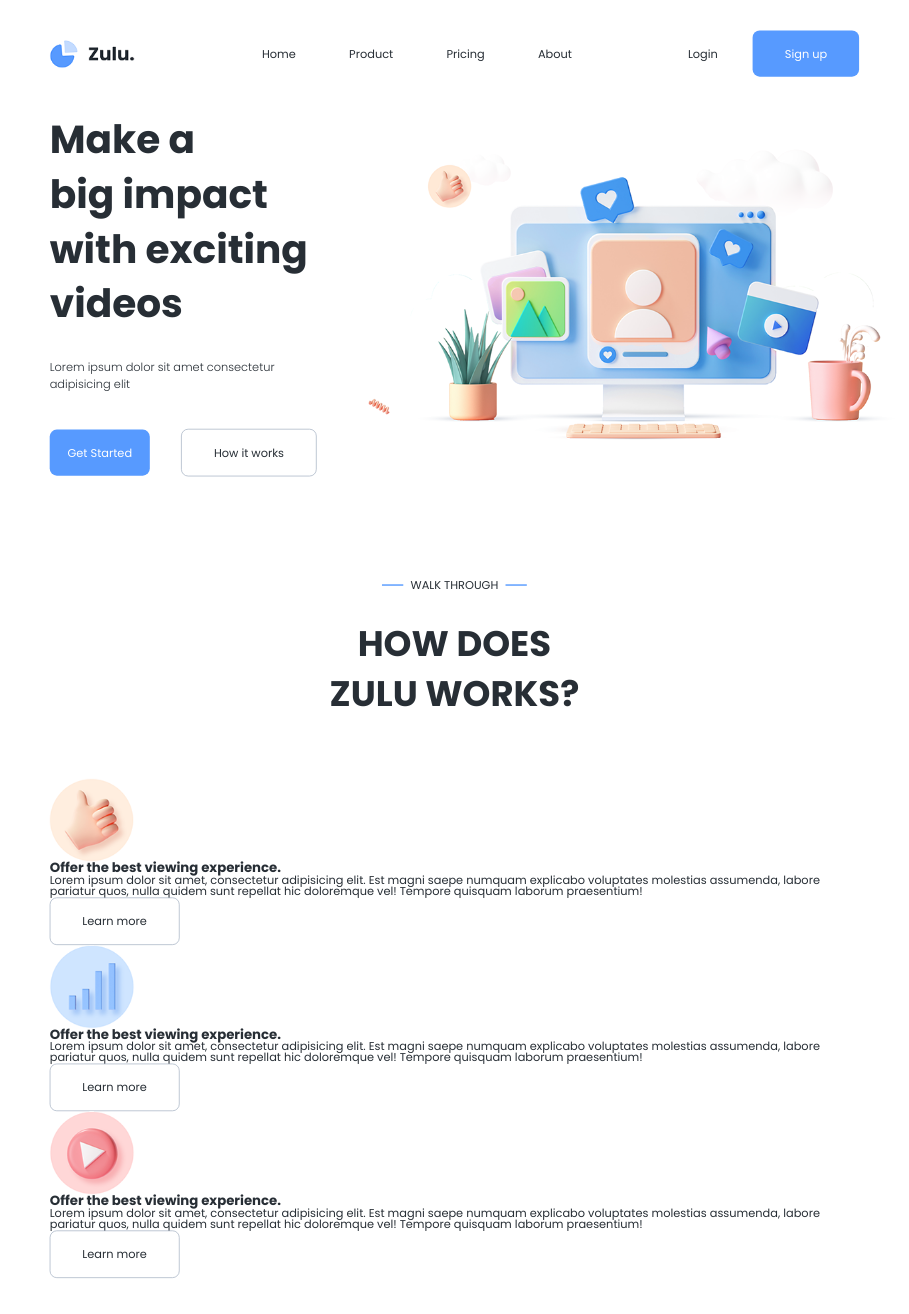
Repository: baodien1405/zulu-landing-page
Page: index.html
These files come from the project's save history. The page is drawn as it stood at one moment and after the next save; the edit follows.
The browser window is 1280 px wide. The pictures show the whole page, at 71% of full size.
The style sheet was rebuilt from its Sass, Less or Tailwind sources for each picture, by a compiler version that may differ from the author's.

Above is the page before, as saved 2021-06-22 16:43:57.

### index.html
<!DOCTYPE html>
<html lang="en">
<head>
  <meta charset="UTF-8">
  <meta http-equiv="X-UA-Compatible" content="IE=edge">
  <meta name="viewport" content="width=device-width, initial-scale=1.0">
  <link rel="preconnect" href="https://fonts.gstatic.com">
  <link href="https://fonts.googleapis.com/css2?family=Poppins:wght@300;400;600;700&display=swap" rel="stylesheet">
  <link rel="stylesheet" href="./styles.css">
  <title>Zulu</title>
</head>
<body>
  <div class="wrapper">
    <div class="container">
      <!-- Header -->
      <header class="header">
        <a href="index.html" class="header-logo">
          <img src="/images/logo.png" alt="" class="header-logo-image">
        </a>
        <ul class="header-menu">
          <li class="header-menu-item">
            <a href="#" class="header-menu-link">Home</a>
          </li>
          <li class="header-menu-item">
            <a href="#" class="header-menu-link">Product</a>
          </li>
          <li class="header-menu-item">
            <a href="#" class="header-menu-link">Pricing</a>
          </li>
          <li class="header-menu-item">
            <a href="#" class="header-menu-link">About</a>
          </li>
        </ul>
        <div class="header-auth">
          <a href="#" class="button">Login</a>
          <a href="#" class="button button--primary">Sign up</a>
        </div>
      </header>

      <!-- Banner -->
      <section class="banner">
        <div class="banner-info">
          <h1 class="banner-heading">
            <span>Make a</span> <span>big impact</span> <span>with exciting</span> <span>videos</span>
          </h1>
          <p class="banner-desc">
            Lorem ipsum dolor sit amet consectetur adipisicing elit
          </p>
          <div class="banner-links">
            <a href="#" class="button button--primary">Get Started</a>
            <a href="#" class="button button--outline">How it works</a>
          </div>
        </div>
        <img src="./images/img1.png" alt="" class="banner-image">
      </section>

      <!-- Work  -->
      <section class="work">
        <div class="block">
          <span class="block-caption">Walk Through</span>
          <h2 class="block-heading"><span>How does</span> <span>Zulu works?</span></h2>
        </div>
        <div class="work-list">
          <div class="work-item">
            <img src="./images/img2.png" alt="" class="work-image" />
            <h3 class="work-title">Offer the best viewing experience.</h3>
            <p class="work-desc">Lorem ipsum dolor sit amet, consectetur adipisicing elit. Est magni saepe numquam explicabo voluptates molestias assumenda, labore pariatur quos, nulla quidem sunt repellat hic doloremque vel! Tempore quisquam laborum praesentium!</p>
            <a href="#" class="button button--outline">Learn more</a>
          </div>
          <div class="work-item">
            <img src="./images/img3.png" alt="" class="work-image" />
            <h3 class="work-title">Offer the best viewing experience.</h3>
            <p class="work-desc">Lorem ipsum dolor sit amet, consectetur adipisicing elit. Est magni saepe numquam explicabo voluptates molestias assumenda, labore pariatur quos, nulla quidem sunt repellat hic doloremque vel! Tempore quisquam laborum praesentium!</p>
            <a href="#" class="button button--outline">Learn more</a>
          </div>
          <div class="work-item">
            <img src="./images/img4.png" alt="" class="work-image" />
            <h3 class="work-title">Offer the best viewing experience.</h3>
            <p class="work-desc">Lorem ipsum dolor sit amet, consectetur adipisicing elit. Est magni saepe numquam explicabo voluptates molestias assumenda, labore pariatur quos, nulla quidem sunt repellat hic doloremque vel! Tempore quisquam laborum praesentium!</p>
            <a href="#" class="button button--outline">Learn more</a>
          </div>
        </div>
      </section>
    </div>
  </div>
</body>
</html>

### styles.scss
@import "variables";
@import "global";
@import "header";
@import "banner";
@import "work";

### _variables.scss
$gray-dark: #272e35;
$gray-blur: #a5b2c3;
$primary-color: #579aff;

### _global.scss
* {
  margin: 0;
  padding: 0;
  box-sizing: border-box;
}

body {
  overflow-x: hidden;
  color: $gray-dark;
}

img {
  display: block;
  max-width: 100%;
}

a {
  text-decoration: none;
}

body {
  font-family: "Poppins", sans-serif;
  font-size: 16px;
  line-height: 1;
  background-color: #fff;
}

.wrapper {
  max-width: 1440px;
  margin: 0 auto;
}

.container {
  max-width: 1170px;
  padding: 0 15px;
  margin: 0 auto;
}

.button {
  display: inline-block;
  font-size: 16px;
  padding: 20px 45px;
  color: $gray-dark;
  background-color: transparent;
  border-radius: 10px;
  line-height: normal;
  &--primary {
    color: #fff;
    background-color: $primary-color;
  }
  &--outline {
    border: 1px solid $gray-blur;
  }
}

.block {
  text-align: center;
  display: flex;
  align-items: center;
  justify-content: center;
  flex-direction: column;
  margin-bottom: 85px;

  &-caption {
    text-transform: uppercase;
    margin-bottom: 40px;
    position: relative;
    display: inline-block;
    padding: 0 10px;
  }

  &-caption::before {
    left: 0;
    transform: translate(-100%, -50%);
  }

  &-caption::after {
    right: 0;
    transform: translate(100%, -50%);
  }

  &-caption::before,
  &-caption::after {
    position: absolute;
    content: "";
    width: 30px;
    height: 2px;
    background-color: $primary-color;
    top: 50%;
  }

  &-heading {
    text-transform: uppercase;
    font-size: 50px;
    line-height: 1.4;

    span {
      display: block;
    }
  }
}

### _header.scss
.header {
  padding-top: 43px;
  display: flex;
  align-items: center;

  &-logo {
    display: block;
    margin-right: 180px;
  }

  &-menu {
    display: flex;
    align-items: center;
    list-style: none;

    &-item:not(:first-child) {
      margin-left: 75px;
    }

    &-link {
      color: $gray-dark;
      transition: color 0.2s ease-in-out;
      &:hover {
        color: $primary-color;
      }
    }
  }

  &-auth {
    margin-left: auto;
  }
}

### _banner.scss
.banner {
  display: flex;
  align-items: center;
  padding-top: 50px;

  &-info {
    width: 35%;
  }

  &-image {
    width: 65%;
    transform: translateX(50px);
  }

  &-heading {
    font-size: 55px;
    line-height: 1.4;
    margin-bottom: 40px;

    & span {
      display: block;
    }
  }

  &-desc {
    font-weight: 300;
    line-height: 1.5;
    margin-bottom: 50px;
  }

  &-links {
    .button:first-child {
      margin-right: 40px;
      padding-left: 25px;
      padding-right: 25px;
    }
  }
}

### _work.scss
.work {
  padding-top: 145px;
  padding-bottom: 50px;
}

After the next save:
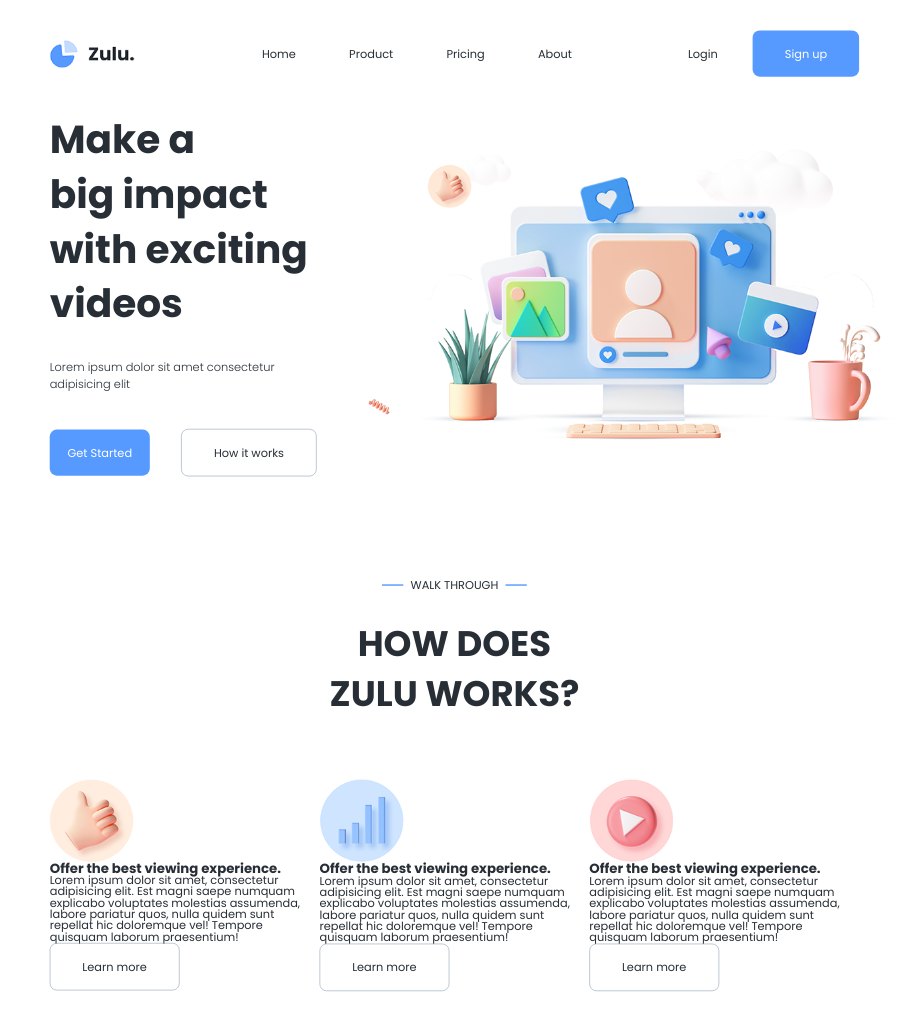
Saved 26 s later.
--- a/_work.scss
+++ b/_work.scss
@@ -1,4 +1,9 @@
 .work {
   padding-top: 145px;
   padding-bottom: 50px;
+
+  &-list {
+    display: flex;
+    align-items: center;
+  }
 }
